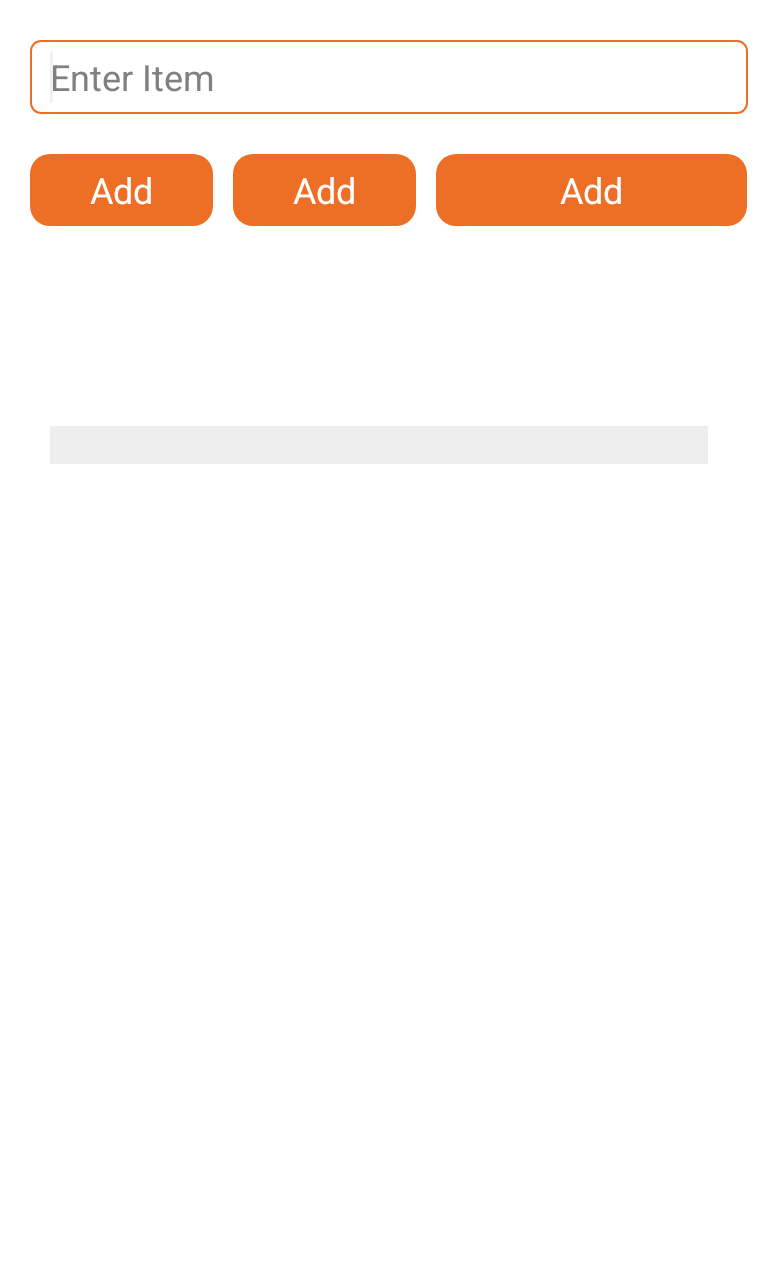
Repository: ianDervan/FYP_ShopSmart
Layout: FYP/ShopSmart/res/layout/activity_shopping_list.xml
An editor plug-in stored every save of this project. The layout is shown before and after the next save, followed by the edit.
It is drawn on a 768 x 1280 px phone screen (xhdpi) without system bars, with theme AppTheme; the app's code is not run.

Above is the layout before, as saved 2015-01-16 20:45:01.

After the next save:
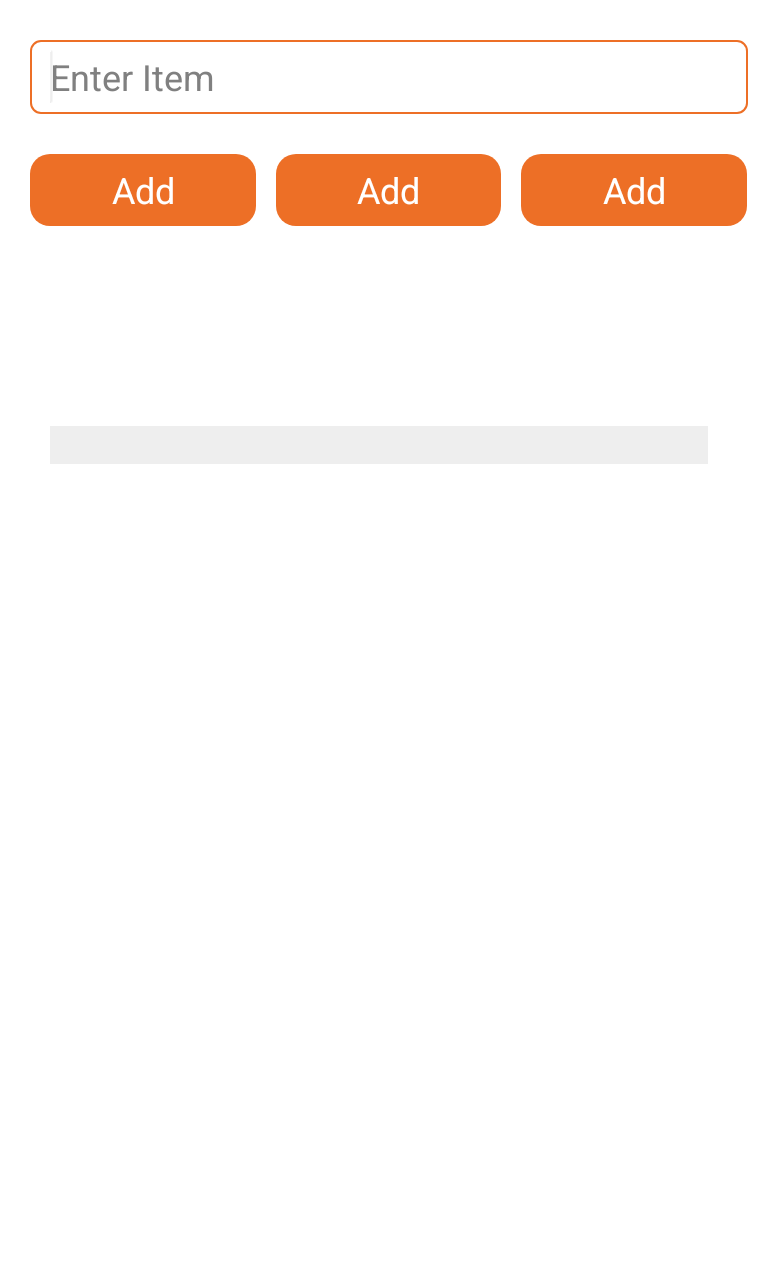
Saved 13 s later.
--- a/FYP/ShopSmart/res/layout/activity_shopping_list.xml
+++ b/FYP/ShopSmart/res/layout/activity_shopping_list.xml
@@ -55,7 +55,7 @@
 
         <Button
             android:id="@+id/btn_2"
-            android:layout_width="wrap_content"
+            android:layout_width="0dp"
             android:layout_height="36dp"
             android:layout_weight="0.1"
             android:layout_marginLeft="10dp"
